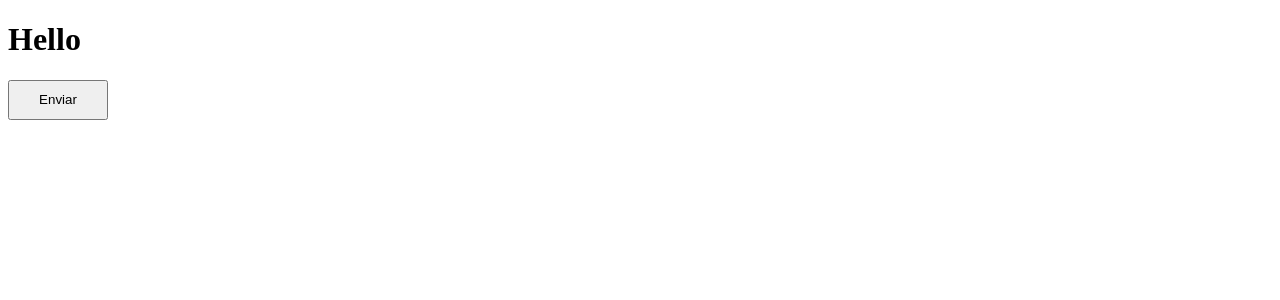
Repository: guilhermecardoso93/explorer-lab-01
Page: / (app in Desktop/02-ignite-timer/)
An editor plug-in stored every save of this project. The page is shown before and after a run of saves, followed by the edit.
The browser window is 1280 px wide. The pictures show the whole page.
The project was rebuilt for these pictures with package versions that can differ from the ones it lists, and the page was loaded fresh each time. Also part of the build but not shown: Desktop/02-ignite-timer/vite.config.ts.

Above is the page before, as saved 2022-07-09 22:39:53.

After the next 2 saves:
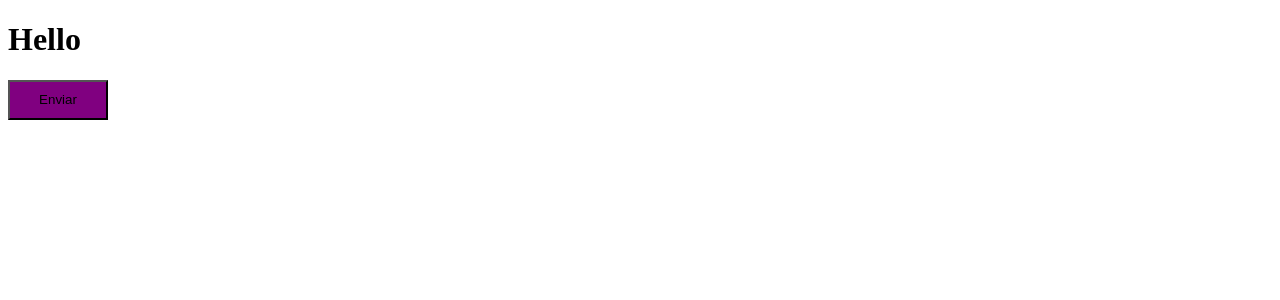
The 2 saves are shown as one change because 1 did not build or start.
The last was saved 3 min 41 s later.
--- a/Desktop/02-ignite-timer/src/components/Button.styles.ts
+++ b/Desktop/02-ignite-timer/src/components/Button.styles.ts
@@ -1,12 +1,23 @@
-import styled from 'styled-components';
+import styled from "styled-components";
 
-export type ButtonVariant = 'primary' | 'secondary' | 'danger' | 'success';
+export type ButtonVariant = "primary" | "secondary" | "danger" | "success";
 
 interface ButtonContainerProps {
   variant: ButtonVariant;
 }
 
-export const ButtonContainer = styled.button<ButtonContainerProps> `
+const buttonVariants = {
+  primary: "purple",
+  secondary: "orange",
+  danger: "red",
+  success: "green"
+};
+
+export const ButtonContainer = styled.button<ButtonContainerProps>`
   width: 100px;
   height: 40px;
-`
+
+  ${(props) => {
+    return `background-color: ${buttonVariants[props.variant]}`;
+  }}
+`;
